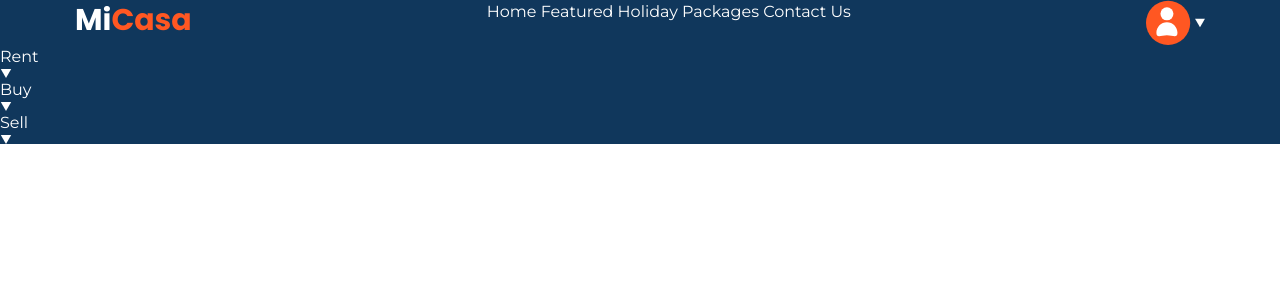
Repository: BenUnyolo/micasa-frontend
Page: index.html
An editor plug-in stored every save of this project. The page is shown before and after the next save, followed by the edit.
The browser window is 1280 px wide. The pictures show the whole page.

Above is the page before, as saved 2021-10-15 19:30:45.

### index.html
<!DOCTYPE html>
<html lang="en">
  <head>
    <meta charset="UTF-8" />
    <meta http-equiv="X-UA-Compatible" content="IE=edge" />
    <meta name="viewport" content="width=device-width, initial-scale=1.0" />
    <title>Document</title>
    <link rel="stylesheet" href="tailwind.css" />
  </head>
  <body>
    <!-- HEADER -->
    <header class="bg-primary-600 text-white">
      <div class="inner-container">
        <!-- top row -->
        <div class="flex flex-row justify-between">
          <div class="font-bold text-3xl leading-10 font-poppins inline-block">
            Mi<span class="text-secondary-600">Casa</span>
          </div>
          <nav class="inline-block">
            <ul class="li-inline">
              <li>Home</li>
              <li>Featured</li>
              <li>Holiday Packages</li>
              <li>Contact Us</li>
            </ul>
          </nav>
          <div class="flex flex-row items-center">
            <img src="./assets/images/user_avatar.svg" alt="user avatar" />
            <svg
              width="14"
              height="12"
              viewBox="0 0 14 12"
              fill="none"
              xmlns="http://www.w3.org/2000/svg"
              class="pl-1"
            >
              <title>profile dropdown</title>
              <path d="M7 12L0.0717964 0H13.9282L7 12Z" fill="white" />
            </svg>
          </div>
        </div>
      </div>
      <!-- bottom row -->
      <div>
        <ul class="li-inline">
          <li>
            Rent
            <svg
              width="12"
              height="9"
              viewBox="0 0 12 9"
              fill="none"
              xmlns="http://www.w3.org/2000/svg"
            >
              <path d="M6 9L0.803848 0H11.1962L6 9Z" fill="white" />
            </svg>
          </li>
          <li>
            Buy
            <svg
              width="12"
              height="9"
              viewBox="0 0 12 9"
              fill="none"
              xmlns="http://www.w3.org/2000/svg"
            >
              <path d="M6 9L0.803848 0H11.1962L6 9Z" fill="white" />
            </svg>
          </li>
          <li>
            Sell
            <svg
              width="12"
              height="9"
              viewBox="0 0 12 9"
              fill="none"
              xmlns="http://www.w3.org/2000/svg"
            >
              <path d="M6 9L0.803848 0H11.1962L6 9Z" fill="white" />
            </svg>
          </li>
        </ul>
      </div>
    </header>
  </body>
</html>

Loaded but not shown: tailwind.css (library)

After the next save:
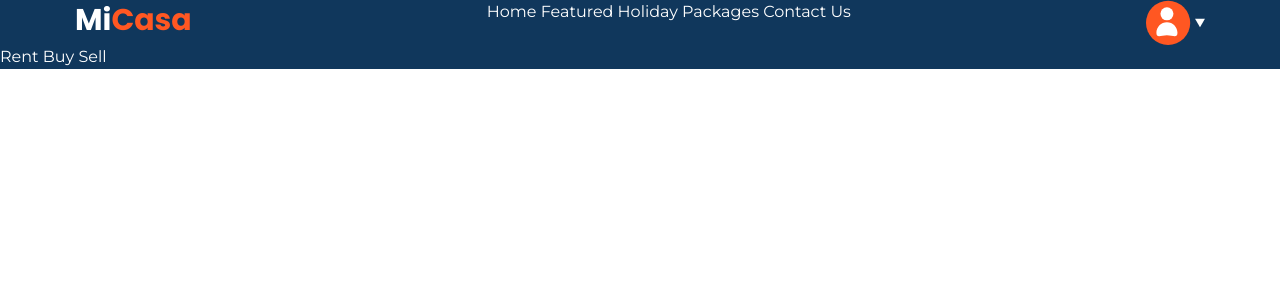
Saved 35 s later.
--- a/index.html
+++ b/index.html
@@ -45,7 +45,7 @@
         <ul class="li-inline">
           <li>
             Rent
-            <svg
+            <!-- <svg
               width="12"
               height="9"
               viewBox="0 0 12 9"
@@ -53,11 +53,11 @@
               xmlns="http://www.w3.org/2000/svg"
             >
               <path d="M6 9L0.803848 0H11.1962L6 9Z" fill="white" />
-            </svg>
+            </svg> -->
           </li>
           <li>
             Buy
-            <svg
+            <!-- <svg
               width="12"
               height="9"
               viewBox="0 0 12 9"
@@ -65,11 +65,11 @@
               xmlns="http://www.w3.org/2000/svg"
             >
               <path d="M6 9L0.803848 0H11.1962L6 9Z" fill="white" />
-            </svg>
+            </svg> -->
           </li>
           <li>
             Sell
-            <svg
+            <!-- <svg
               width="12"
               height="9"
               viewBox="0 0 12 9"
@@ -77,7 +77,7 @@
               xmlns="http://www.w3.org/2000/svg"
             >
               <path d="M6 9L0.803848 0H11.1962L6 9Z" fill="white" />
-            </svg>
+            </svg> -->
           </li>
         </ul>
       </div>
